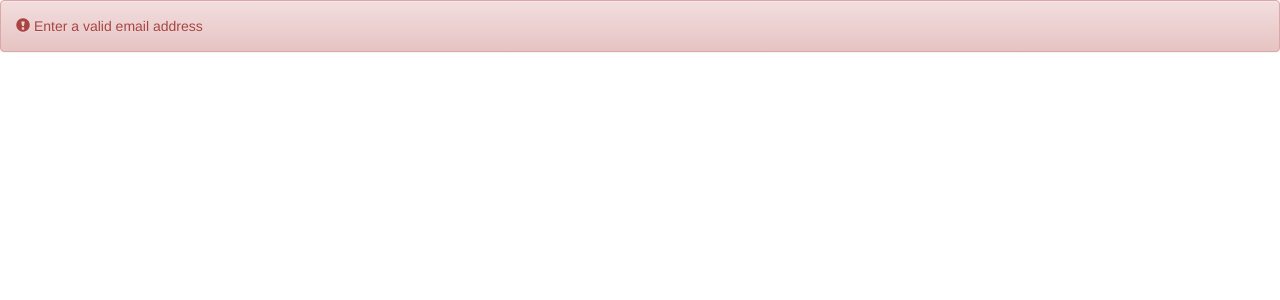
Repository: hoadonvnptninhbinh/hoadonvnptninhbinh
Page: index.html
The author's editor kept a copy of each file at every save. The page is drawn from the files as they stood at one save, then again after the next save.
The browser window is 1280 px wide. The pictures show the whole page.

Above is the page before, as saved 2020-04-07 14:06:14.

After the next save:
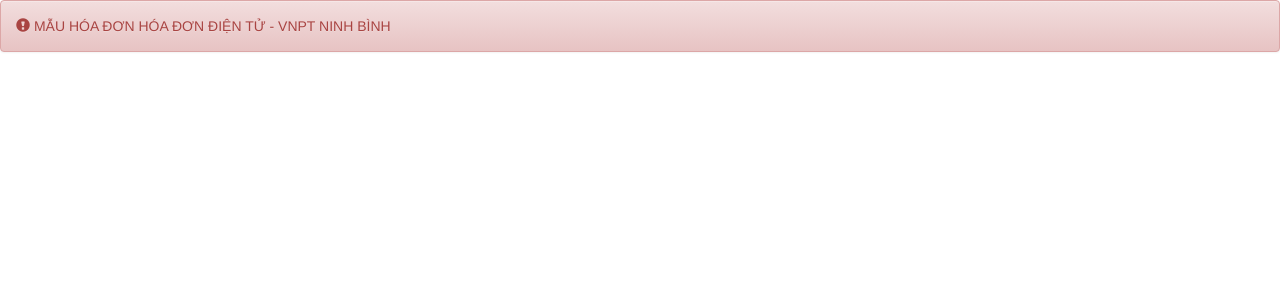
Saved 90 s later.
--- a/index.html
+++ b/index.html
@@ -14,9 +14,8 @@
   </head>
   <body>
     <div class="alert alert-danger" role="alert">
-        <span class="glyphicon glyphicon-exclamation-sign" aria-hidden="true"></span>
-        <span class="sr-only">Error:</span>
-        Enter a valid email address
+        <span class="glyphicon glyphicon-exclamation-sign"></span>
+        MẪU HÓA ĐƠN HÓA ĐƠN ĐIỆN TỬ - VNPT NINH BÌNH
       </div>
     <!-- jQuery (necessary for Bootstrap's JavaScript plugins) -->
     <script src="js/jquery.min.js"></script>
